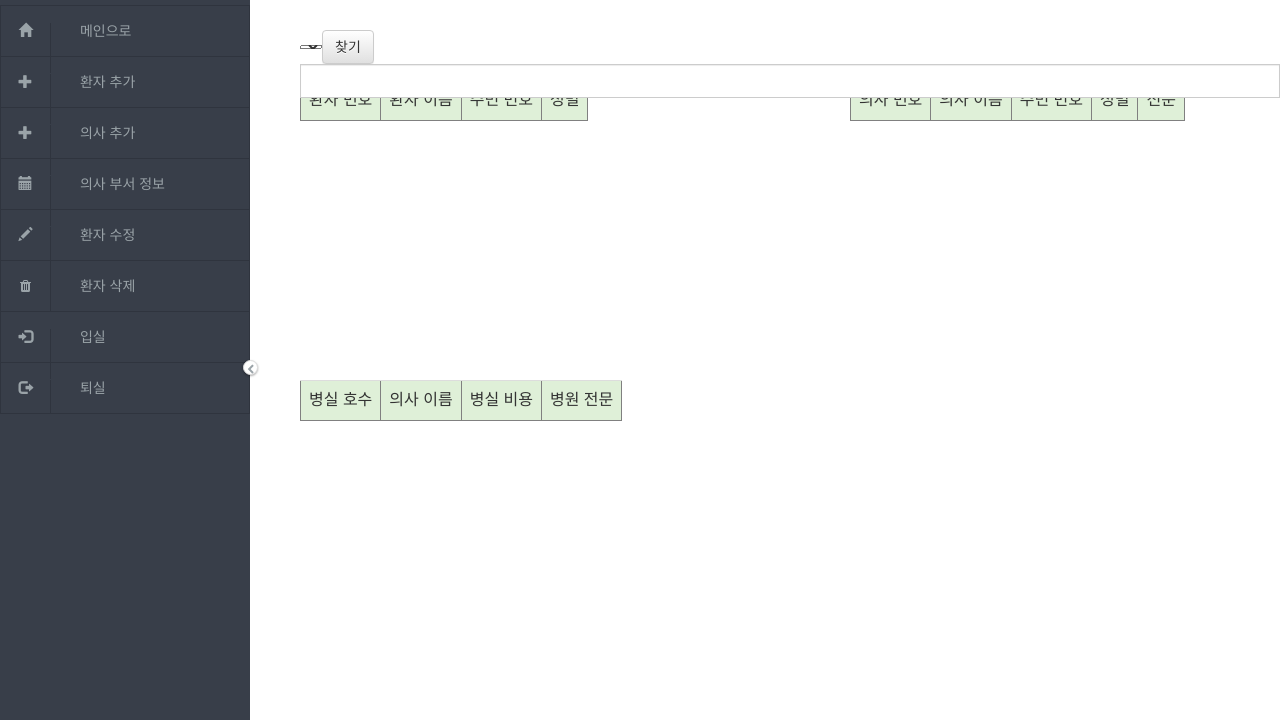
Repository: qaws1134/Hospital_manager
Page: http://localhost/project/main.jsp
An editor plug-in stored every save of this project. The page is shown before and after the next save, followed by the edit.
The browser window is 1280 px wide. The pictures show the whole page.
Some web libraries are served in a nearby version. The page is served by Tomcat 9. Other server files are loaded and not shown. The template is opened directly, without the code that normally fills it, so the values that code supplies are empty.

Above is the page before, as saved 2017-12-09 16:40:45.
Console error (its wording comes from the project's code and is left out).

### project/WebContent/main.jsp
<%@ page language="java" contentType="text/html; charset=UTF-8"
    pageEncoding="UTF-8"%>
<%@ taglib uri="http://java.sun.com/jsp/jstl/core" prefix="c" %>

<html lang="kr">
	<head>

	<meta http-equiv="Content-Type" content="text/html" charset="UTF-8">
	<title>http://www.blueb.co.kr</title>
<link rel="stylesheet" href="http://netdna.bootstrapcdn.com/font-awesome/4.3.0/css/font-awesome.min.css">
<!-- 합쳐지고 최소화된 최신 CSS -->
<link rel="stylesheet" href="https://maxcdn.bootstrapcdn.com/bootstrap/3.3.2/css/bootstrap.min.css">
<!-- 부가적인 테마 -->
<link rel="stylesheet" href="https://maxcdn.bootstrapcdn.com/bootstrap/3.3.2/css/bootstrap-theme.min.css">

<!-- 합쳐지고 최소화된 최신 자바스크립트 -->
<script src="https://maxcdn.bootstrapcdn.com/bootstrap/3.3.2/js/bootstrap.min.js"></script>

<style type="text/css">
input[type="checkbox"]#menu_state {
  display: none;
}
input[type="checkbox"]:checked ~ nav {
  width: 250px;
}
input[type="checkbox"]:checked ~ nav label[for="menu_state"] i::before {
  content: "\f053";
}
input[type="checkbox"]:checked ~ nav ul {
  width: 100%;
}
input[type="checkbox"]:checked ~ nav ul li a i {
  border-right: 1px solid #2f343e;
}
input[type="checkbox"]:checked ~ nav ul li a span {
  opacity: 1;
  transition: opacity 0.25s ease-in-out;
}
input[type="checkbox"]:checked ~ main {
  left: 250px;
}
nav {
  position: fixed;
  z-index: 9;
  top: 0;
  left: 0;
  bottom: 0;
  background: #383e49;
  color: #9aa3a8;
  width: 50px;
  font-family: 'Montserrat', sans-serif;
  font-weight: lighter;
  transition: all 0.15s ease-in-out;
}
nav label[for="menu_state"] i {
  cursor: pointer;
  position: absolute;
  top: 50%;
  right: -8px;
  box-shadow: 0 1px 3px rgba(0,0,0,0.12), 0 1px 2px rgba(0,0,0,0.24);
  background: #fff;
  font-size: 10px;
  display: flex;
  justify-content: center;
  align-items: center;
  height: 15px;
  width: 15px;
  border-radius: 50%;
  border: 1px solid #ddd;
  transition: width 0.15s ease-in-out;
  z-index: 1;
}
nav label[for="menu_state"] i::before {
  margin-top: 2px;
  content: "\f054";
}
nav label[for="menu_state"] i:hover {
  box-shadow: 0 10px 20px rgba(0,0,0,0.19), 0 6px 6px rgba(0,0,0,0.23);
}
nav ul {
  overflow: hidden;
  display: block;
  width: 50px;
  list-style-type: none;
  padding: 0;
  margin: 0;
}
nav ul li {
  border: 1px solid #2f343e;
  position: relative;
}
nav ul li.unread:after {
  content: attr(data-content);
  position: absolute;
  top: 10px;
  left: 25px;
  display: flex;
  justify-content: center;
  align-items: center;
  width: 15px;
  height: 15px;
  border-radius: 50%;
  color: #fff;
  background: #ef5952;
  font-size: 8px;
}
nav ul li:not(:last-child) {
  border-bottom: none;
}
nav ul li.active a {
  background: #4c515d;
  color: #fff;
}
nav ul li a {
  position: relative;
  display: block;
  white-space: nowrap;
  text-decoration: none;
  color: #9aa3a8;
  height: 50px;
  width: 100%;
  transition: all 0.15s ease-in-out;
}
nav ul li a:hover {
  background: #4c515d;
  color: #fff;
}
nav ul li a * {
  height: 100%;
  display: inline-block;
}
nav ul li a i {
  text-align: center;
  width: 50px;
  z-index: 999999;
}
nav ul li a i.fa {
  line-height: 50px;
}
nav ul li a span {
  padding-left: 25px;
  opacity: 0;
  line-height: 50px;
  transition: opacity 0.1s ease-in-out;


}

</style>
</head>

<body>
<input type="checkbox" id="menu_state" checked>
<nav>
	<label for="menu_state"><i class="fa"></i></label>
	<ul>
    <li>
      <a href="main.do">
        <i class="glyphicon glyphicon-home"></i>
        <span>메인으로</span>   <!--환자 대기 목록,병실 목록 및 현황-->
      </a>
    </li>
		<li>
			<a href="P_addui.do">
				<i class="glyphicon glyphicon-plus"></i>
				<span>환자 추가</span>
			</a>
		</li>
		<li>
			<a href="D_addui.do">
				<i class="glyphicon glyphicon-plus"></i>
				<span>의사 추가</span>
			</a>
		</li>

		<li>
			<a href="D_clsif.do">
				<i class="glyphicon glyphicon-calendar"></i>
				<span>의사 부서 정보</span>
			</a>
		</li>

		<li>
			<a href="cristal.do">
				<i class="glyphicon glyphicon-pencil"></i>
				<span>환자 수정</span>
			</a>
		</li>
		<li>
			<a href="delsel.do">
				<i class="fa fa-trash"></i>
				<span>환자 삭제</span>
			</a>
		</li>
      <li>
      <a href="insel.do">
        <i class="glyphicon glyphicon-log-in"></i>
        <span>입실</span>
      </a>
    </li>
        <li>
      <a href="javascript:void(0)">
        <i class="glyphicon glyphicon-log-out"></i>
        <span>퇴실</span>
      </a>
    </li>
	</ul>
</nav>
<section style="position:absolute; top:30px;left:300px">


<div class="input-group">
  <div class="input-group-btn">
    <form action="search.do">
	<select name ="searchName"size ="1">
		<option value="p_name">환자 이름</option>
		<option value="d_name">의사 이름</option>
		<option value="d_cls">병원 종류</option>
	</select>
	<input type="text" name="searchValue"  class="form-control">
	<input type="submit" class="btn btn-default" value="찾기">
</form>
  </div>

</div>
</section>

<!-- 환자 정보	 -->
<section style="position:absolute; top:80px;left:300px">
      <table border="1" class="table table-striped">
      	<tr  class="success">
      		<td>환자 번호</td>
      		<td>환자 이름</td>
      		<td>주민 번호</td>
      		<td>성별</td>
      	</tr>

      	<c:forEach items="${P_list}" var="dto">
	      	<tr>
	      		<td>${dto.p_NUM}</td>
	      		<td>${dto.p_NAME}</td>
	      		<td>${dto.p_PERNUM}</td>
	      		<td>${dto.p_GENDER }</td>
	      	</tr>
		</c:forEach>
      </table>
</section>
<!-- 의사 정보 -->
<section style="position:absolute; top:80px;left:850px">
     <table border="1" class="table table-striped">
      	<tr  class="success">
      		<td>의사 번호</td>
      		<td>의사 이름</td>
      		<td>주민 번호</td>
      		<td>성별</td>
      		<td>전문</td>
      	</tr>


      	<c:forEach items="${D_list}" var="dto">
	      	<tr>
	      		<td>${dto.d_NUM}</td>
	      		<td>${dto.d_NAME}</td>
	      		<td>${dto.d_PERNUM}</td>
	      		<td>${dto.d_GENDER }</td>
	      		<td>${dto.d_CLS}</td>
	      	</tr>
		</c:forEach>
      </table>
</section>

<!-- 병실 정보 -->
<section style="position:absolute; top:380px;left:300px">
      <table border="1" class="table table-striped">
      	<tr  class="success">
      		<td>병실 호수</td>
      		<td>의사 이름</td>
      		<td>병실 비용</td>
  			<td>병원 전문</td>


      	</tr>

      	<c:forEach items="${D_inshow}" var="dto">
	      	<tr>
	      		<td>${dto.h_NUM}호</td>
	      		<td>${dto.d_NAME}</td>
	      		<td>${dto.h_COST}</td>
	      		<td>${dto.d_CLS}</td>
	      	</tr>
		</c:forEach>
      </table>
</section>

<!--
<section style="position:absolute; top:400px;left:300px">
     <table border="1">
		<tr>
      	<c:forEach items="${D_list}" var="dto">
	      		<td>${dto.d_NUM}</td>
	      		<td>${dto.d_NAME}</td>
	      		<td>${dto.d_PERNUM}</td>
	      		<td>${dto.d_GENDER }</td>
	      		<td>${dto.d_CLS}</td>
		</c:forEach>
		</tr>
		<tr>
      	<c:forEach items="${D_list}" var="dto">
	      		<td>${dto.d_NUM}</td>
	      		<td>${dto.d_NAME}</td>
	      		<td>${dto.d_PERNUM}</td>
	      		<td>${dto.d_GENDER }</td>
	      		<td>${dto.d_CLS}</td>
		</c:forEach>
		</tr>
		<tr>
      	<c:forEach items="${D_list}" var="dto">
	      		<td>${dto.d_NUM}</td>
	      		<td>${dto.d_NAME}</td>
	      		<td>${dto.d_PERNUM}</td>
	      		<td>${dto.d_GENDER }</td>
	      		<td>${dto.d_CLS}</td>
		</c:forEach>
		</tr>
      </table>
</section>
-->



</body>
</html>

After the next save:
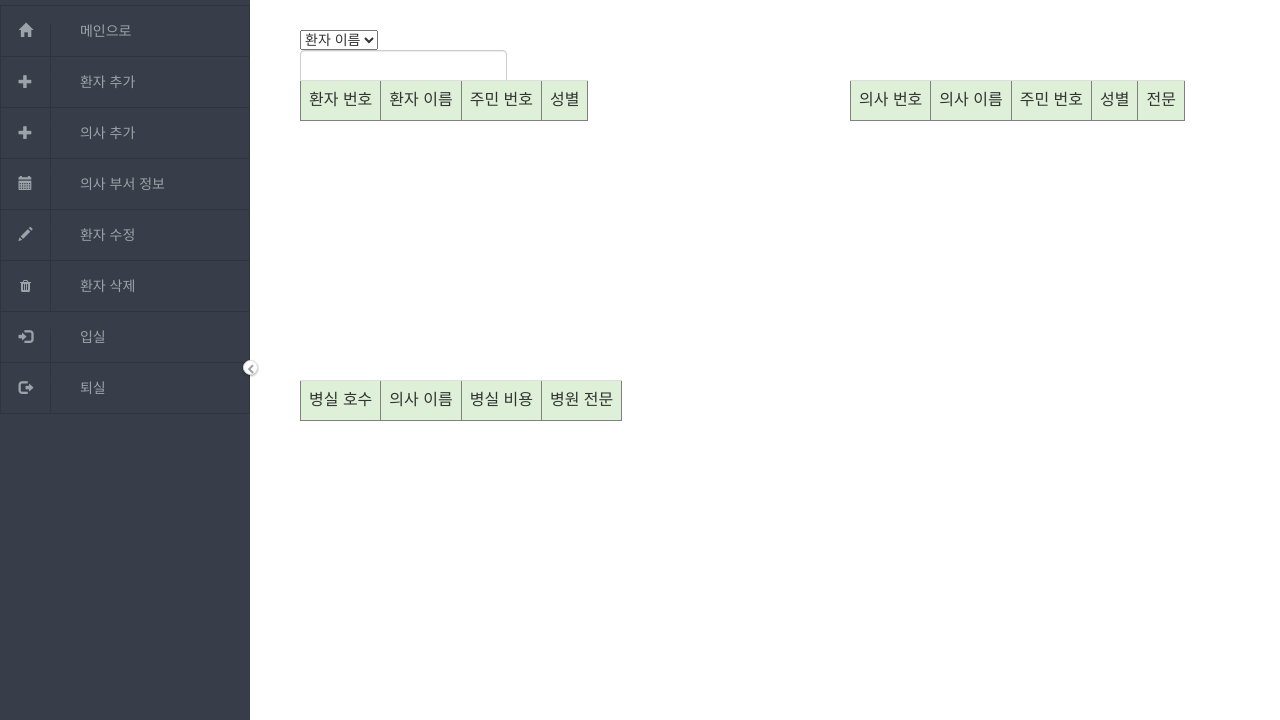
Saved 105 s later.
--- a/project/WebContent/main.jsp
+++ b/project/WebContent/main.jsp
@@ -207,11 +207,7 @@ nav ul li a span {
 	</ul>
 </nav>
 <section style="position:absolute; top:30px;left:300px">
-
-
-<div class="input-group">
-  <div class="input-group-btn">
-    <form action="search.do">
+<form action="search.do">
 	<select name ="searchName"size ="1">
 		<option value="p_name">환자 이름</option>
 		<option value="d_name">의사 이름</option>
@@ -220,9 +216,6 @@ nav ul li a span {
 	<input type="text" name="searchValue"  class="form-control">
 	<input type="submit" class="btn btn-default" value="찾기">
 </form>
-  </div>
-
-</div>
 </section>
 
 <!-- 환자 정보	 -->
